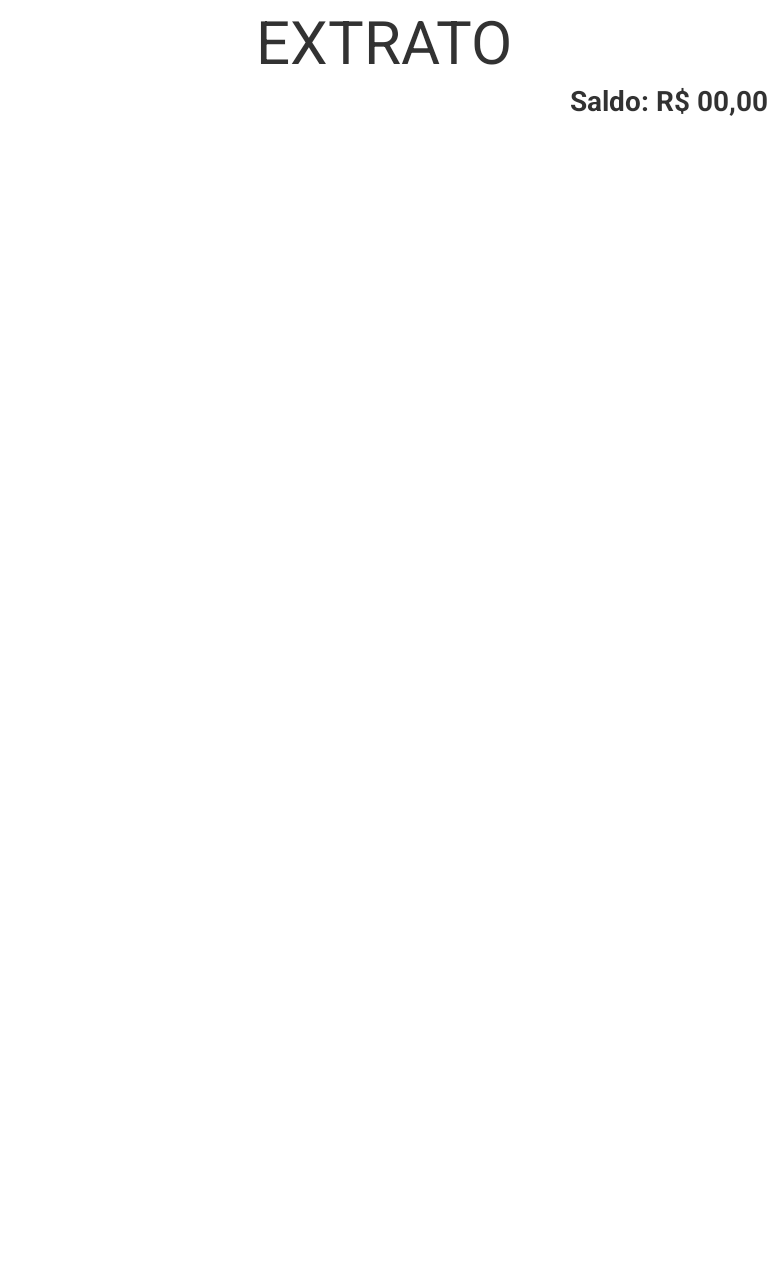
Repository: yurifialho/pos-android
Layout: Projeto10/res/layout/activity_extrato.xml
The author's editor kept a copy of each file at every save. The layout is drawn from the files as they stood at one save, then again after the next save.
It is drawn on a 768 x 1280 px phone screen (xhdpi) without system bars, with theme AppTheme; the app's code is not run. Lists and similar views that code fills are empty.

Above is the layout before, as saved 2014-03-22 16:53:10.

### Projeto10/res/layout/activity_extrato.xml
<LinearLayout xmlns:android="http://schemas.android.com/apk/res/android"
    android:layout_width="match_parent"
    android:layout_height="match_parent"
    android:orientation="vertical" >

    <TextView
        android:id="@+id/lbExtrato"
        android:layout_width="fill_parent"
        android:layout_height="wrap_content"
        android:gravity="center_horizontal"
        android:text="@string/extrato"
        android:textSize="30sp" />

	<ListView
	    android:id="@+id/extratoview"
	    android:layout_width="fill_parent"
	    android:layout_height="wrap_content"/>

	<TextView android:id="@+id/saldo"
	    android:layout_width="fill_parent"
	    android:layout_height="wrap_content"
	    android:gravity="bottom|right"
	    android:textStyle="bold"
	    android:text="Saldo: R$ 00,00"/>
</LinearLayout>

### Projeto10/res/values/strings.xml
<?xml version="1.0" encoding="utf-8"?>
<resources>

    <string name="app_name">Projeto10</string>
    <string name="action_settings">Settings</string>
    <string name="hello_world">Hello world!</string>
    <string name="title_activity_extrato">Extrato</string>
    <string name="title_activity_manter_lancamento">Lançamento</string>
    <string name="extrato">EXTRATO</string>
    <string name="valor">Valor:</string>
    <string name="receita">Receita</string>
    <string name="despesa">Despesa</string>
    <string name="salvar">Salvar</string>
    <string name="tipoLancamento">Tipo Lançamento:</string>

</resources>

Loaded but not shown: Projeto10/res/values/styles.xml (common file); Projeto10/res/values-v11/styles.xml (common file); Projeto10/res/values-v14/styles.xml (common file)

After the next save:
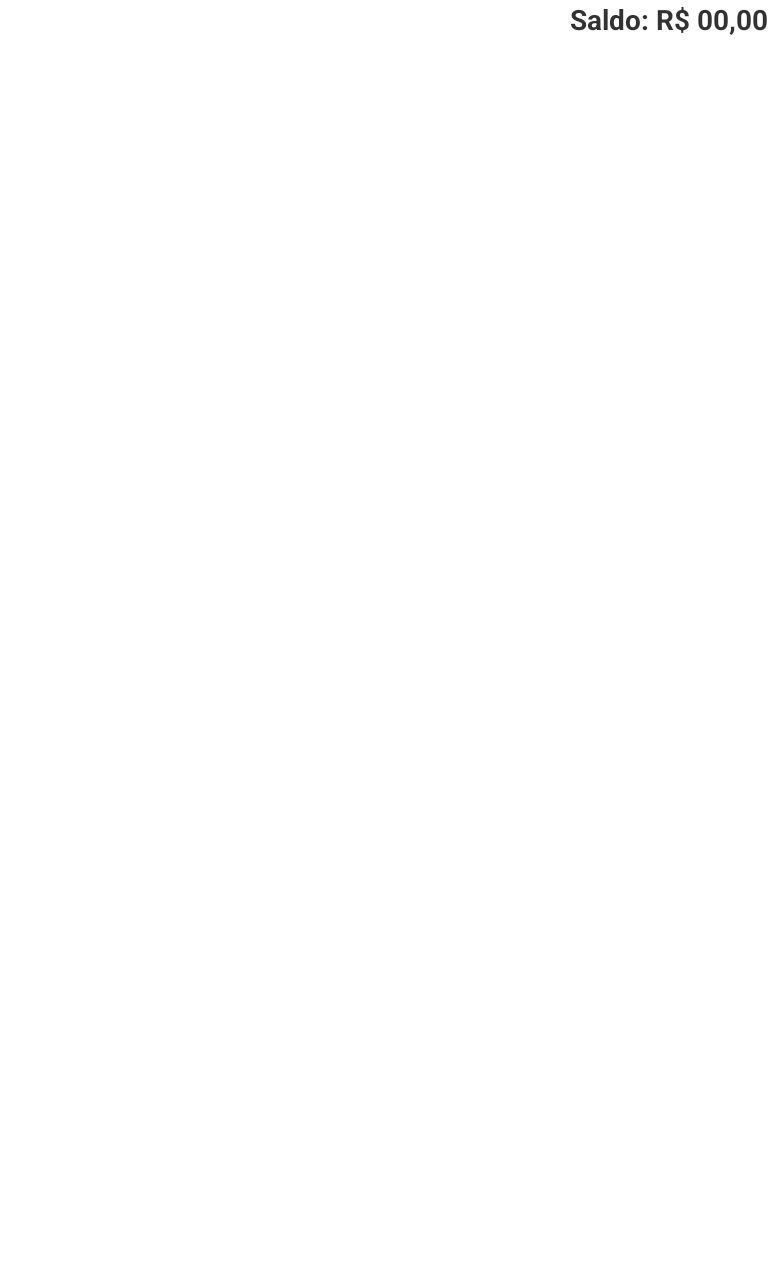
Saved 3 min 57 s later.
--- a/Projeto10/res/layout/activity_extrato.xml
+++ b/Projeto10/res/layout/activity_extrato.xml
@@ -6,7 +6,7 @@
     <TextView
         android:id="@+id/lbExtrato"
         android:layout_width="fill_parent"
-        android:layout_height="wrap_content"
+        android:layout_height="0dp"
         android:gravity="center_horizontal"
         android:text="@string/extrato"
         android:textSize="30sp" />
@@ -15,11 +15,13 @@
 	    android:id="@+id/extratoview"
 	    android:layout_width="fill_parent"
 	    android:layout_height="wrap_content"/>
-
+	<LinearLayout android:layout_width="match_parent"
+	    android:layout_height="wrap_content">
 	<TextView android:id="@+id/saldo"
 	    android:layout_width="fill_parent"
 	    android:layout_height="wrap_content"
 	    android:gravity="bottom|right"
 	    android:textStyle="bold"
 	    android:text="Saldo: R$ 00,00"/>
+	</LinearLayout>
 </LinearLayout>

After the 2 saves that followed:
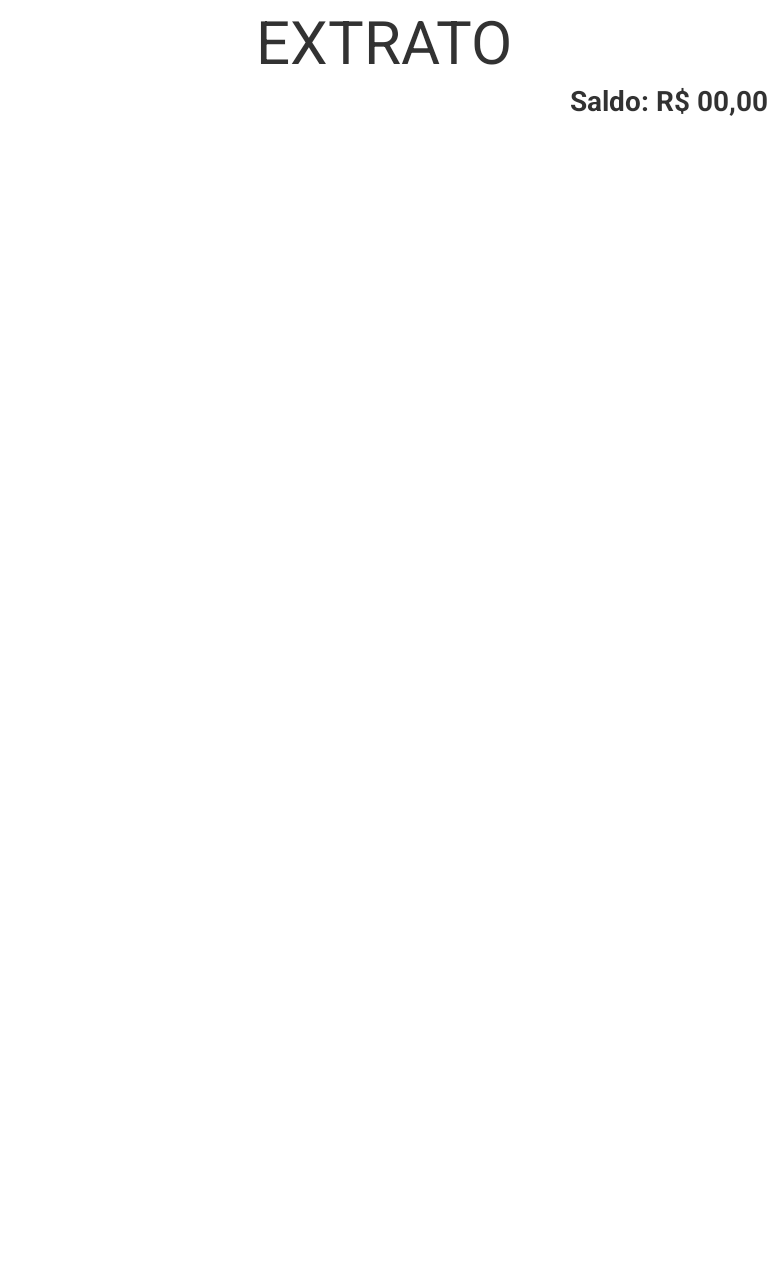
The 2 saves are shown as one change because 1 left the picture as it was.
The last was saved 2 min 8 s later.
--- a/Projeto10/res/layout/activity_extrato.xml
+++ b/Projeto10/res/layout/activity_extrato.xml
@@ -6,7 +6,7 @@
     <TextView
         android:id="@+id/lbExtrato"
         android:layout_width="fill_parent"
-        android:layout_height="0dp"
+        android:layout_height="wrap_content"
         android:gravity="center_horizontal"
         android:text="@string/extrato"
         android:textSize="30sp" />
@@ -14,10 +14,10 @@
 	<ListView
 	    android:id="@+id/extratoview"
 	    android:layout_width="fill_parent"
-	    android:layout_height="wrap_content"/>
-	<LinearLayout android:layout_width="match_parent"
-	    android:layout_height="wrap_content">
-	<TextView android:id="@+id/saldo"
+	    android:layout_height="wrap_content"
+	    android:dividerHeight="2dp"/>
+
+		<TextView android:id="@+id/saldo"
 	    android:layout_width="fill_parent"
 	    android:layout_height="wrap_content"
 	    android:gravity="bottom|right"
